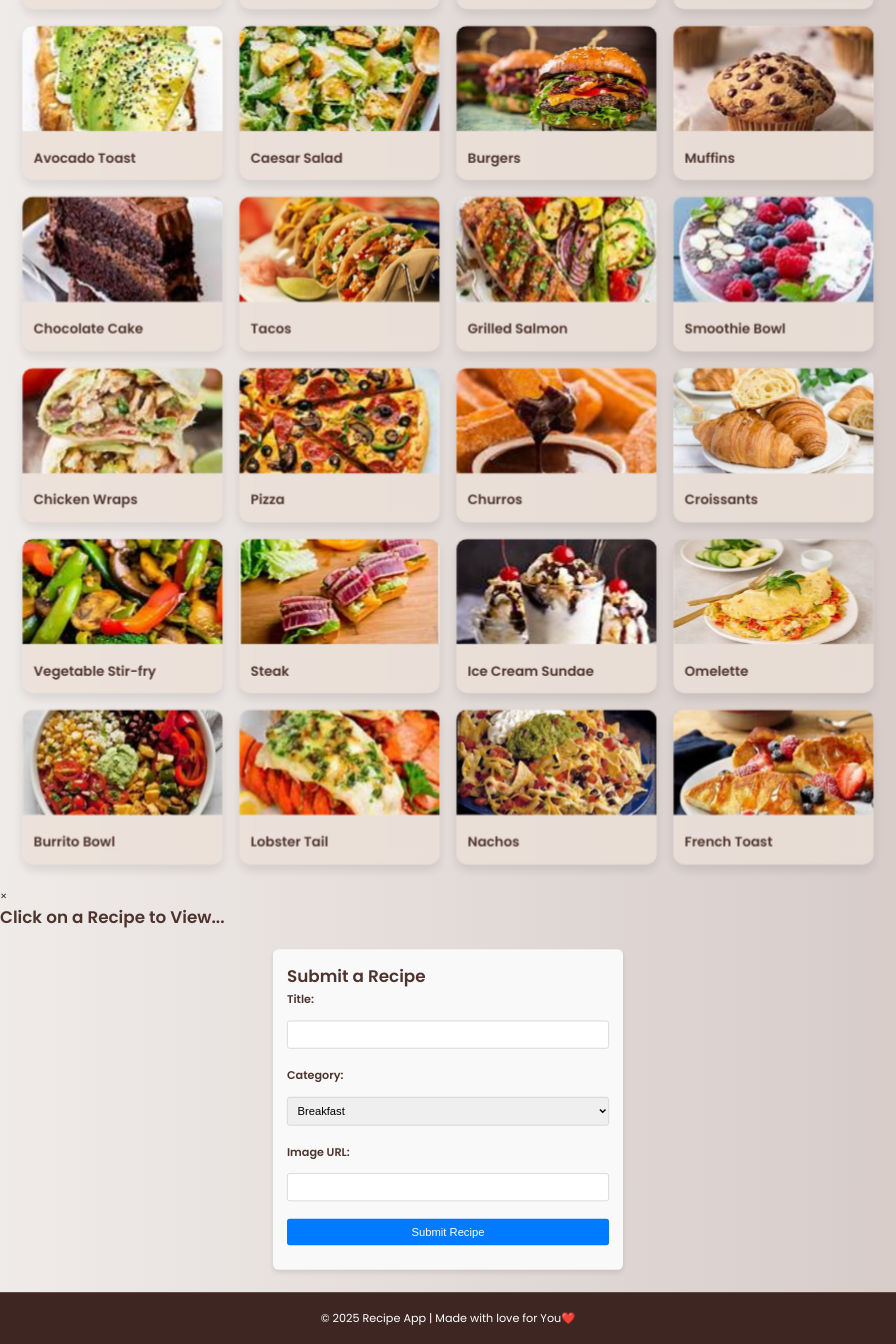
Repository: Patience225/recipe-app
Page: index.html
The author's editor kept a copy of each file at every save. The page is drawn from the files as they stood at one save, then again after the next save.
The browser window is 1280 px wide. The pictures show the part of the page from y = 830 to 2750 px (the page is 2750 px tall), at 70% of full size.

Above is the page before, as saved 2025-01-30 02:41:50.

After the next save:
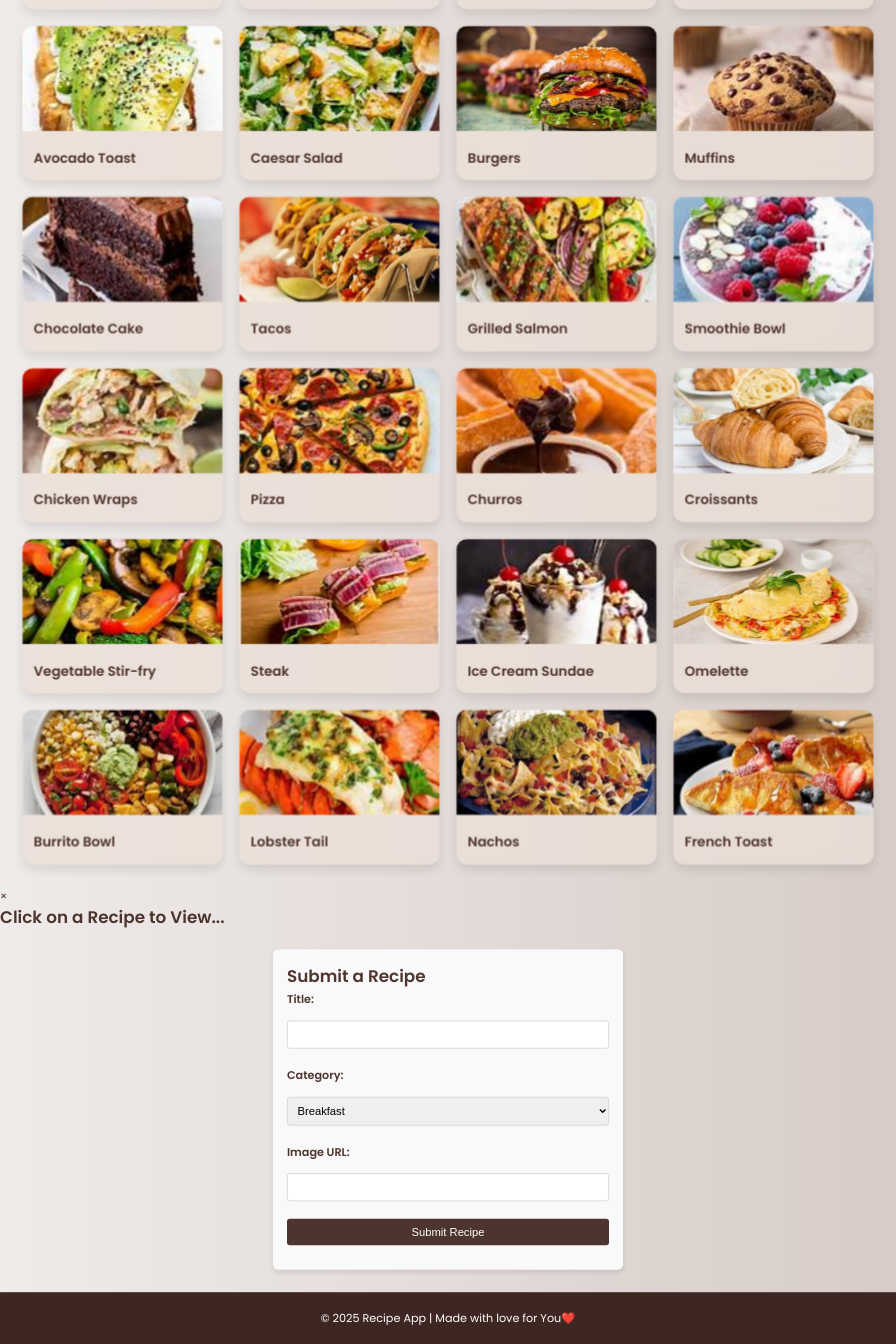
Saved 106 s later.
--- a/styles.css
+++ b/styles.css
@@ -186,7 +186,7 @@ body.dark-theme footer {
 }
 
 #recipe-form button {
-  background-color: #007bff;
+  background-color: #4e342e;
   color: #fff;
   border: none;
   cursor: pointer;
